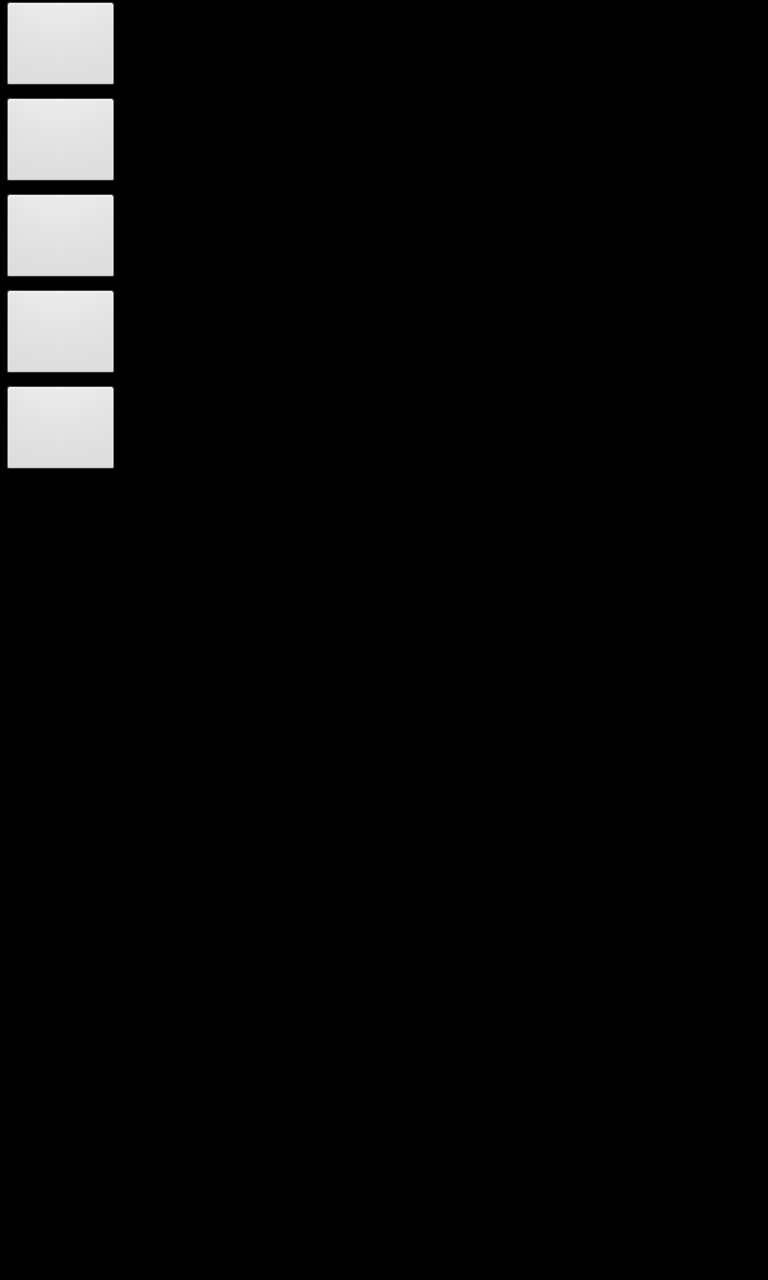
Repository: androportal/APL-apk
Layout: test/imagebuttons/res/layout/main.xml
These files come from the project's save history. The layout is drawn as it stood at one moment and after the next save; the edit follows.
It is drawn on a 768 x 1280 px phone screen (xhdpi) without system bars, with theme android:Theme; the app's code is not run.

Above is the layout before, as saved 2012-05-21 17:56:14.

### test/imagebuttons/res/layout/main.xml
<?xml version="1.0" encoding="utf-8"?>
<LinearLayout xmlns:android="http://schemas.android.com/apk/res/android"
    android:layout_width="fill_parent"
    android:layout_height="fill_parent"
    android:orientation="vertical" >

    <ImageButton
        android:id="@+id/ImageButton07"
        android:layout_width="61dp"
        android:layout_height="wrap_content"
        android:src="@drawable/i" />

    <ImageButton
        android:id="@+id/ImageButton06"
        android:layout_width="61dp"
        android:layout_height="wrap_content"
        android:src="@drawable/i"
        android:tint="#067837" />

    <ImageButton
        android:id="@+id/ImageButton05"
        android:layout_width="61dp"
        android:layout_height="wrap_content"
        android:src="@drawable/i" />

    <ImageButton
        android:id="@+id/ImageButton03"
        android:layout_width="61dp"
        android:layout_height="wrap_content"
        android:src="@drawable/i" />

    <ImageButton
        android:id="@+id/ImageButton04"
        android:layout_width="61dp"
        android:layout_height="wrap_content"
        android:src="@drawable/i" />

</LinearLayout>

### test/imagebuttons/res/drawable/i.xml
<?xml version="1.0" encoding="utf-8"?>
<selector xmlns:android="http://schemas.android.com/apk/res/android" >
    <item
        android:state_pressed="true"
        android:drawable="@drawable/button_pressed"
      >
     <item android:state_focused="true"

           android:drawable="@drawable/button_focussed" /> <!-- focused -->
     <item android:drawable="@drawable/button_normal"/> </item>
     </selector>

After the next save:
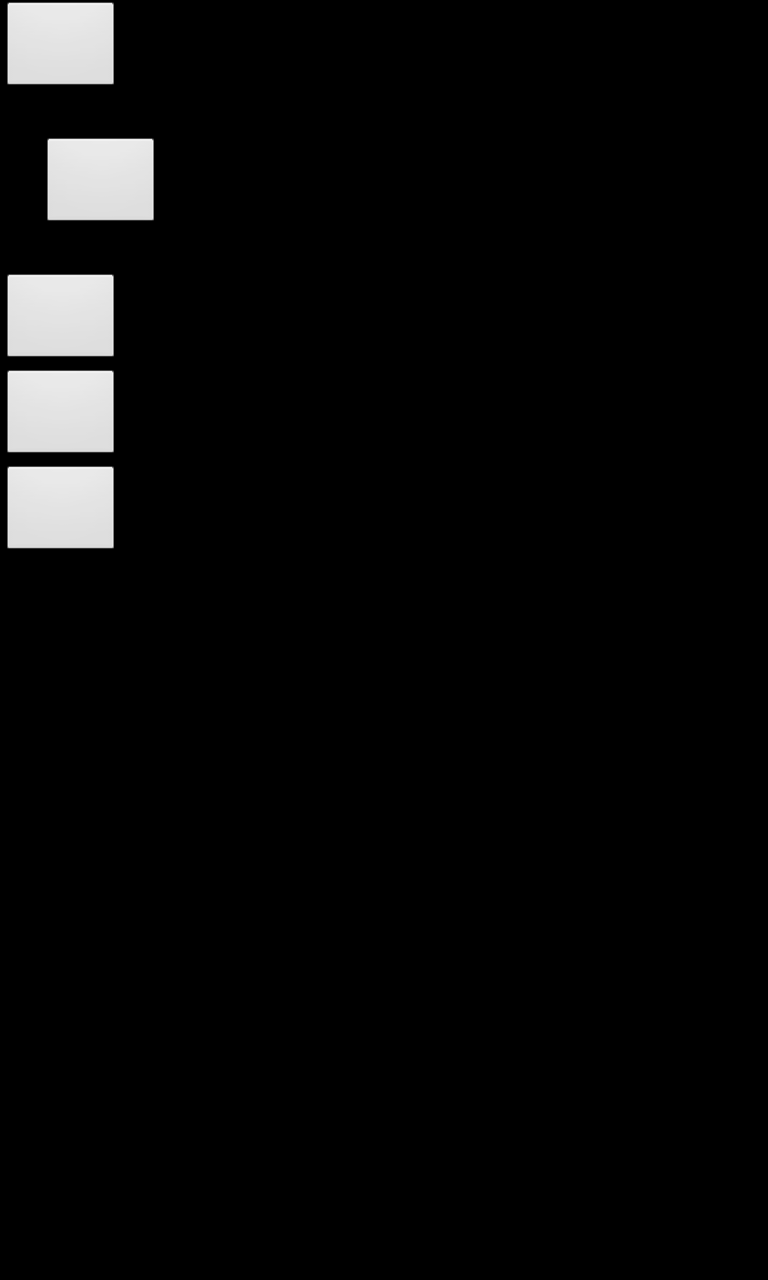
Saved 2 min 32 s later.
--- a/test/imagebuttons/res/layout/main.xml
+++ b/test/imagebuttons/res/layout/main.xml
@@ -15,7 +15,8 @@
         android:layout_width="61dp"
         android:layout_height="wrap_content"
         android:src="@drawable/i"
-        android:tint="#067837" />
+        android:tint="#067837"
+        android:layout_margin="20dp" />
 
     <ImageButton
         android:id="@+id/ImageButton05"
